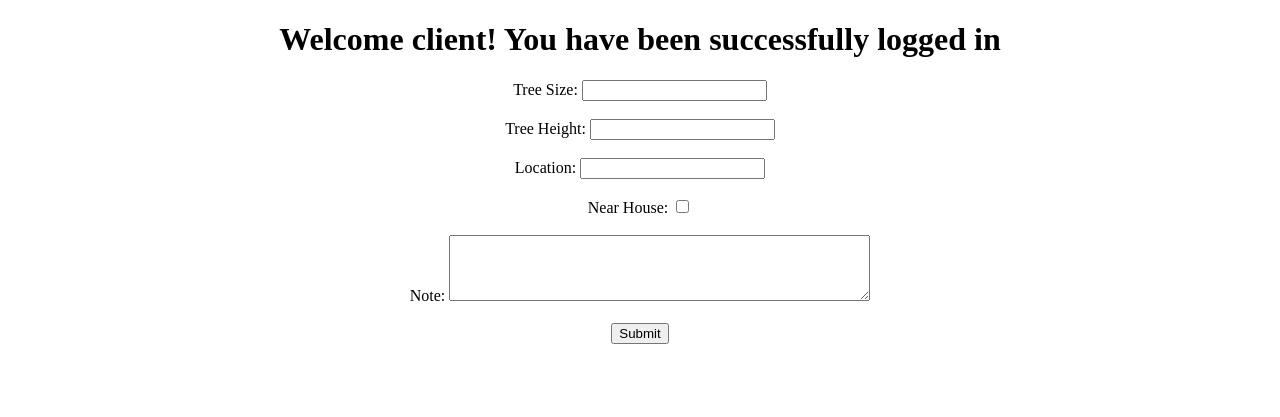
Repository: jrule5960/Tree-Cutting-Database
Page: http://localhost/database/ClientPage.jsp
An editor plug-in stored every save of this project. The page is shown before and after the next save, followed by the edit.
The browser window is 1280 px wide. The pictures show the whole page.
The page is served by Tomcat 9.

Above is the page before, as saved 2023-10-30 00:58:07.

After the next save:
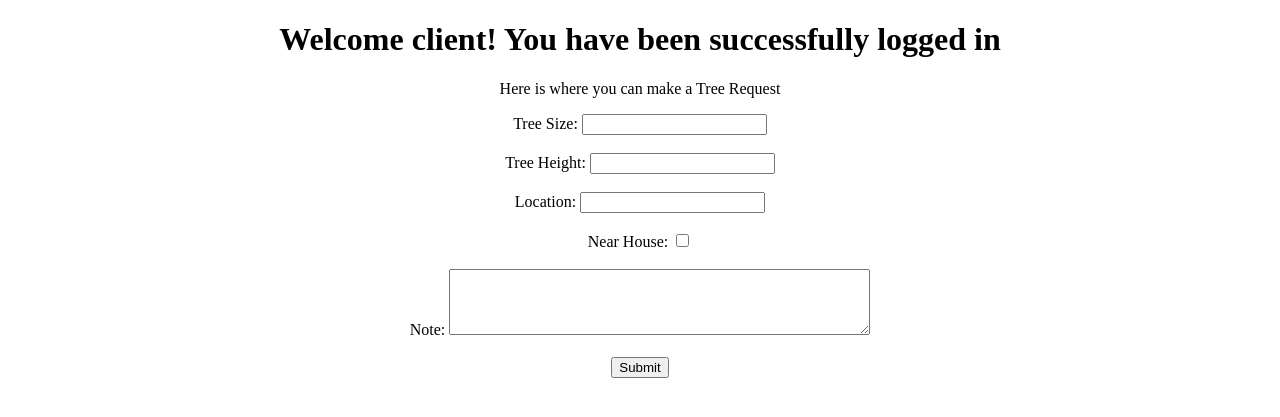
Saved 2 days later.
--- a/database/WebContent/ClientPage.jsp
+++ b/database/WebContent/ClientPage.jsp
@@ -12,6 +12,8 @@
     </center>
 
     <center>
+            <p>Here is where you can make a Tree Request</p>
+
         <form action="processTreeRequest.jsp" method="post">
             <label for="treeSize">Tree Size:</label>
             <input type="number" name="treeSize" required><br><br>
